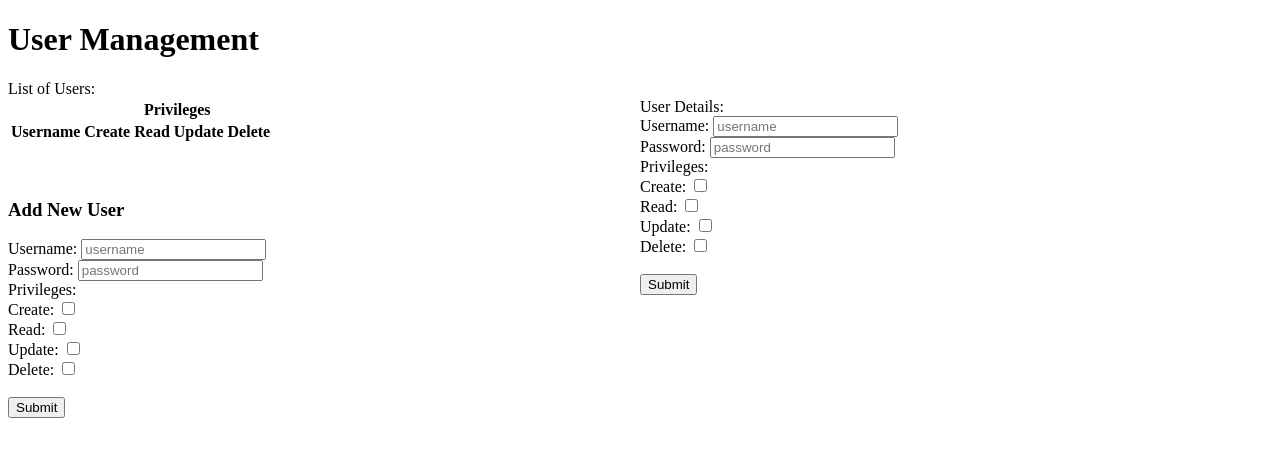
Repository: danalenvargas/TrainingWorkspace
Page: http://localhost/CaseStudyDraft/usermanagement.jsp
These files come from the project's save history. The page is drawn as it stood at one moment and after the next save; the edit follows.
The browser window is 1280 px wide. The pictures show the whole page.
The page is served by Tomcat 9. Other server files are loaded and not shown.

Above is the page before, as saved 2018-08-27 05:28:13.

### CaseStudyDraft/WebContent/usermanagement.jsp
<%@ taglib prefix = "c" uri = "http://java.sun.com/jsp/jstl/core" %>
<%@ page language="java" contentType="text/html; charset=ISO-8859-1"
    pageEncoding="ISO-8859-1"%>
<!DOCTYPE html PUBLIC "-//W3C//DTD HTML 4.01 Transitional//EN" "http://www.w3.org/TR/html4/loose.dtd">
<html>
<head>
<meta http-equiv="Content-Type" content="text/html; charset=ISO-8859-1">
<title>User Management</title>
 <script src="script/usermanagement.js"></script>
</head>
<body>
<h1>User Management</h1>
List of Users: <br>
<div style="width:50%; float:left;">
	<table>
		<tr>
			<th></th>
			<th colspan="4">Privileges</th>
		</tr>
		<tr>
			<th>Username</th>
			<th>Create</th>
			<th>Read</th>
			<th>Update</th>
			<th>Delete</th>
		</tr>
		<c:forEach items="${userList}" var="account">
			<tr>
				<td onclick="showUserDetails(account);">${account.username}</td>
				<td>${account.canCreate}</td>
				<td>${account.canRead}</td>
				<td>${account.canUpdate}</td>
				<td>${account.canDelete}</td>
			</tr>
		</c:forEach>
	</table>
	<br><br>
	<h3>Add New User</h3>
	<form action="UserManagement" method="post">
		Username: <input type="text" name="username" placeholder="username"><br>
		Password: <input type="password" name="password" placeholder="password"><br>
		Privileges:<br>
		Create: <input type="checkbox" name="canCreate" value="1"><br>
		Read: <input type="checkbox" name="canRead" value="1"><br>
		Update: <input type="checkbox" name="canUpdate" value="1"><br>
		Delete: <input type="checkbox" name="canDelete" value="1"><br>
		<br>
		<input type="hidden" name="action" value="addUser">
		<input type="submit" value="Submit">
	</form>
</div>
<div style="width:50%; float:right;">
	User Details:
	<form action="UserManagement" method="post">
		Username: <input type="text" name="username" placeholder="username"><br>
		Password: <input type="password" name="password" placeholder="password"><br>
		Privileges:<br>
		Create: <input type="checkbox" name="canCreate" value="1"><br>
		Read: <input type="checkbox" name="canRead" value="1"><br>
		Update: <input type="checkbox" name="canUpdate" value="1"><br>
		Delete: <input type="checkbox" name="canDelete" value="1"><br>
		<br>
		<input type="hidden" name="userId">
		<input type="hidden" name="action" value="editUser">
		<input type="submit" value="Submit">
	</form>
</div>
</body>
</html>

### CaseStudyDraft/WebContent/script/usermanagement.js
/**
 *
 */
function showUserDetails(selectedUser){

}

After the next save:
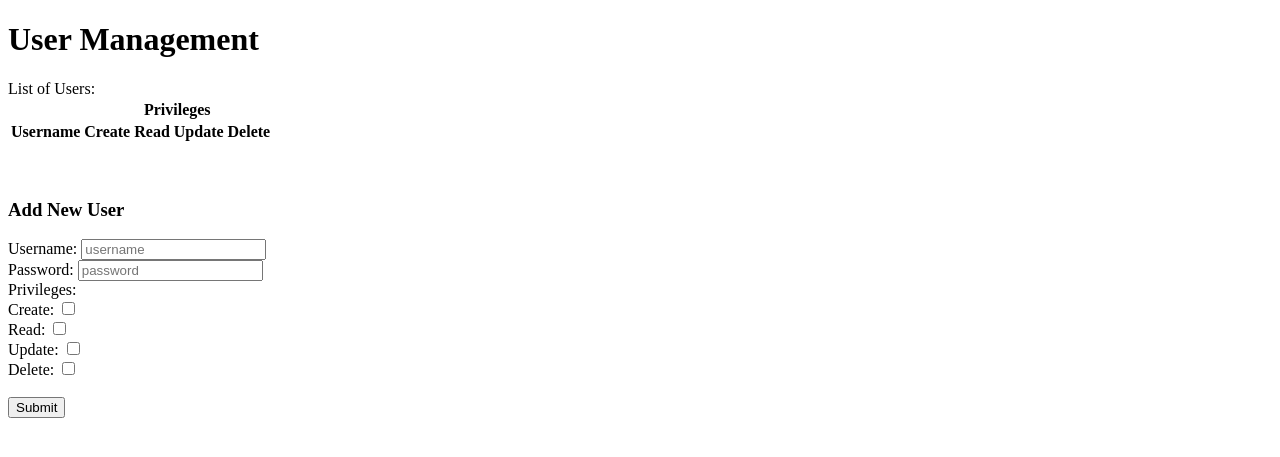
Saved 101 s later.
--- a/CaseStudyDraft/WebContent/usermanagement.jsp
+++ b/CaseStudyDraft/WebContent/usermanagement.jsp
@@ -49,7 +49,7 @@ List of Users: <br>
 		<input type="submit" value="Submit">
 	</form>
 </div>
-<div style="width:50%; float:right;">
+<div id="editForm" style="width:50%; float:right; visibility: hidden">
 	User Details:
 	<form action="UserManagement" method="post">
 		Username: <input type="text" name="username" placeholder="username"><br>
